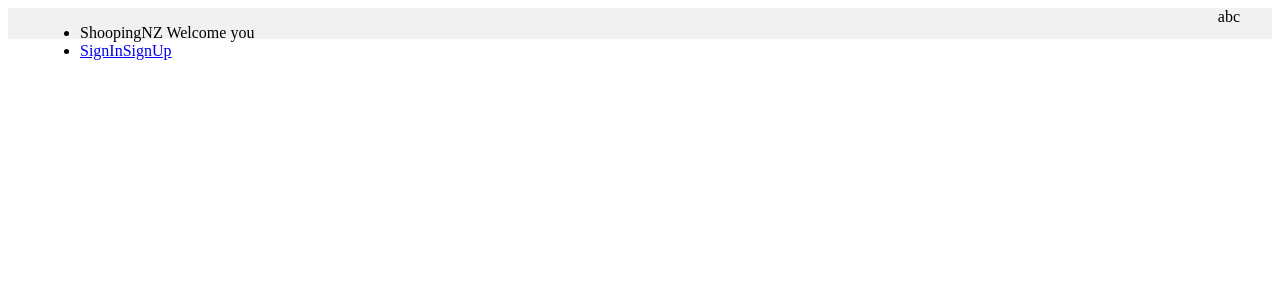
Repository: Jasonlee6789/shoppingWeb
Page: index.html
The author's editor kept a copy of each file at every save. The page is drawn from the files as they stood at one save, then again after the next save.
The browser window is 1280 px wide. The pictures show the whole page.

Above is the page before, as saved 2020-05-28 10:00:24.

### index.html
<!DOCTYPE html>
<html lang="en">

<head>
    <meta charset="UTF-8">
    <meta name="viewport" content="width=device-width, initial-scale=1.0">
    <title>ShoppingNZ-Jing</title>
    <meta name="description" content="正品低价">
    <meta name="keywords" content="网上购物新西兰">
    <link rel="shortcut icon" href="favicon.ico" />
    <link rel="stylesheet" href="css/common.css">

</head>

<body>
    <section class="shortcut">
        <div class="w">
            <div class="fl">
                <ul>
                    <li>ShoopingNZ Welcome you</li>
                    <li><a href="#">SignIn</a><a href="#">SignUp</a>
                    </li>
                </ul>
            </div>
            <div class="fr">abc</div>
        </div>
    </section>
</body>

</html>

### css/common.css
/* 版心 */
.w {
    width: 1200px;
    margin: 0 auto;
}

.fl {
    float: left;
}

.fr {
    float: right;
}

/* 快捷导航 */
.shortcut {
    height: 31px;
    background-color: #f1f1f1;
}

After the next save:
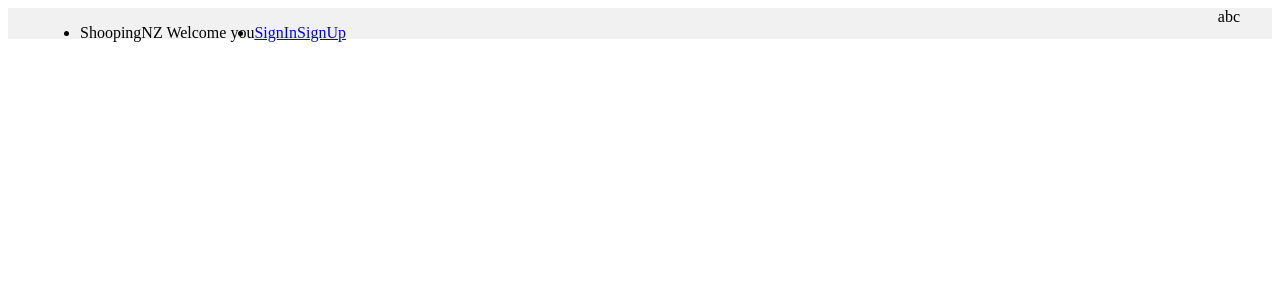
Saved 62 s later.
--- a/css/common.css
+++ b/css/common.css
@@ -17,3 +17,7 @@
     height: 31px;
     background-color: #f1f1f1;
 }
+
+.shortcut ul li {
+    float: left;
+}
